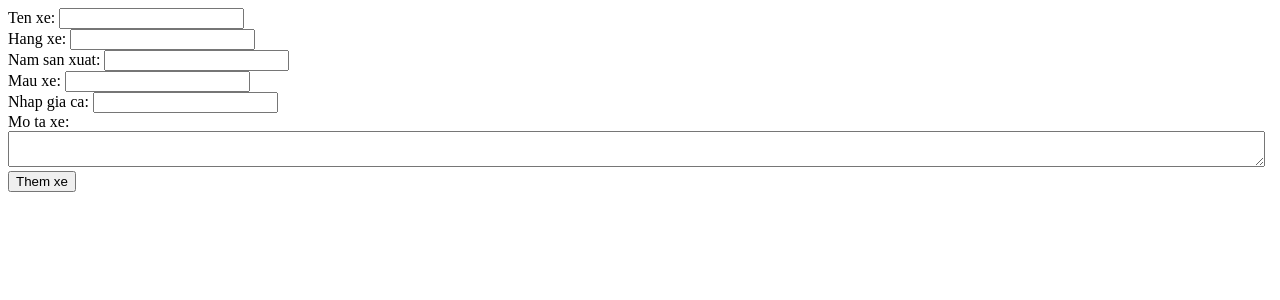
Repository: vule2809/LTW-20146307
Page: http://localhost/A-banxemay/views/product/addProduct.jsp
These files come from the project's save history. The page is drawn as it stood at one moment and after the next save; the edit follows.
The browser window is 1280 px wide. The pictures show the whole page.
The page is served by Tomcat 9. Nobody is signed in. The application's start-up code is not run.

Above is the page before, as saved 2023-12-05 05:54:23.

After the next save:
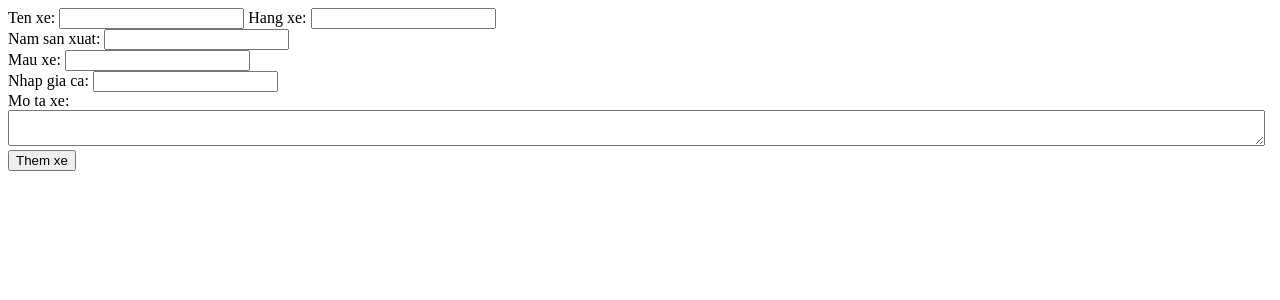
Saved 49 s later.
--- a/A-banxemay/src/main/webapp/views/product/addProduct.jsp
+++ b/A-banxemay/src/main/webapp/views/product/addProduct.jsp
@@ -9,7 +9,7 @@
 </head>
 <body>
 	<form action="add" method="post">
-		<label>Ten xe:</label> <input type="text" name="ProductName"><br>
+		<label>Ten xe:</label> <input type="text" name="ProductName">
 		<label>Hang xe:</label> <input type="text" name="Brand"><br>
 		<label>Nam san xuat:</label> <input type="text" name="Year"><br>
 		<label>Mau xe:</label> <input type="text" name="Color"><br>
